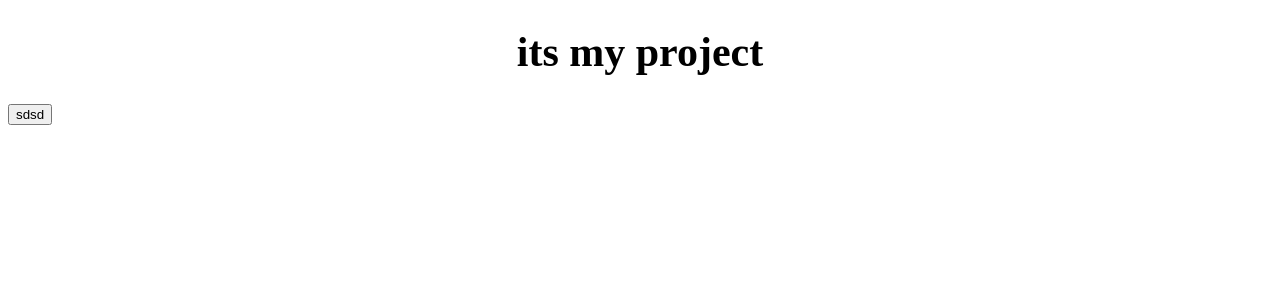
Repository: Hansol46/Films-archive
Page: /
An editor plug-in stored every save of this project. The page is shown before and after the next save, followed by the edit.
The browser window is 1280 px wide. The pictures show the whole page.
The page's requests for data from a server got no answer. The project was rebuilt for these pictures with package versions that can differ from the ones it lists, and the page was loaded fresh each time. No one was signed in, and anything a server would have sent is missing. Also part of the build but not shown: webpack.config.js.

Above is the page before, as saved 2020-09-24 19:57:11.

After the next save:
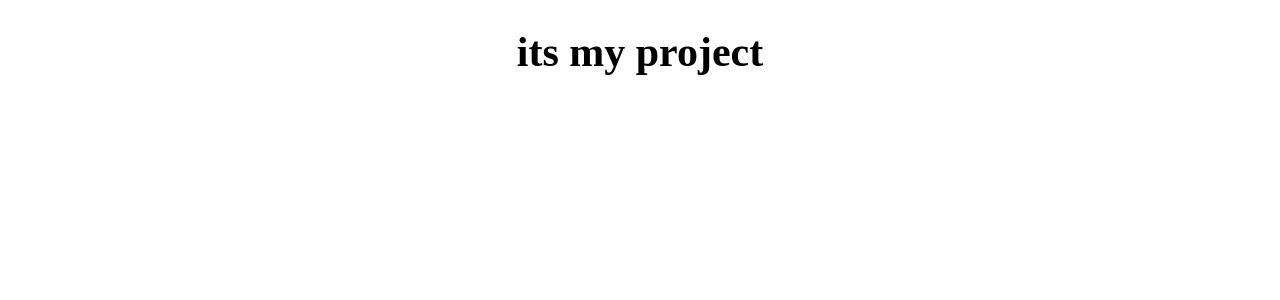
Saved 16 min 36 s later.
--- a/src/components/Search.js
+++ b/src/components/Search.js
@@ -39,18 +39,9 @@ function Search() {
     const [items, setItems] = useState([]);
 
     useEffect(() => {
-      fetch("http://www.omdbapi.com/?i=tt3896198&apikey=480344f1")
-        .then(res => res.json())
-        .then(
-          (result) => {
-            setIsLoaded(true);
-            setItems(result.items);
-          })
-        //   (error) => {
-        //     setIsLoaded(true);
-        //     setError(error);
-        //   }
-        // )
+        fetch('https://jsonplaceholder.typicode.com/todos/1')
+            .then(response => response.json())
+            .then(json => console.log(json))
     }, [])
 
     // if (error) {
@@ -60,7 +51,7 @@ function Search() {
     // } else {
     return (
         <div>
-           <button onClick={()=> console.log(res)}>sdsd</button>
+           {/* <button onClick={()=> console.log(res)}>sdsd</button> */}
         </div>
 
     )
